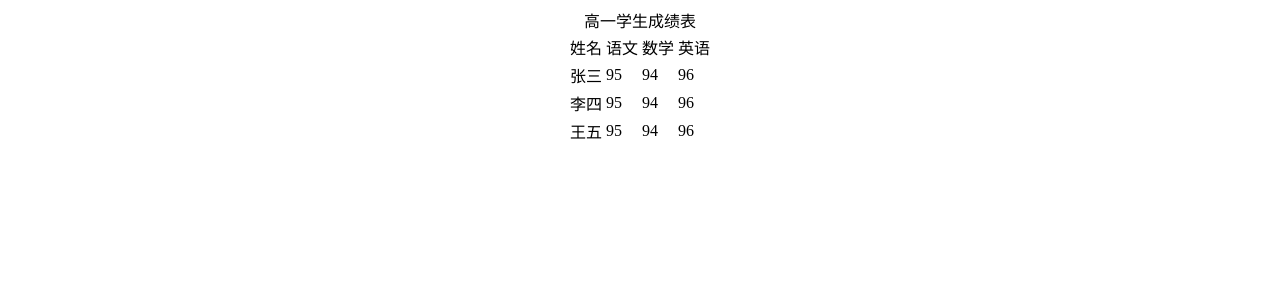
Repository: sheep9590/Test
Page: eclipse-workspace/Prj03/WebRoot/File1.html
These files come from the project's save history. The page is drawn as it stood at one moment and after the next save; the edit follows.
The browser window is 1280 px wide. The pictures show the whole page.

Above is the page before, as saved 2021-09-08 13:48:46.

### eclipse-workspace/Prj03/WebRoot/File1.html
<!DOCTYPE html>
<html>
<body>
<table align="center" "bgcolor="#0000FF" >
      <caption>高一学生成绩表</caption>
    <tr>
    <td>姓名</td>
    <td>语文</td>
    <td>数学</td>
    <td>英语</td>
    </tr>
    <tr>
    <td>张三</td>
    <td>95</td>
    <td>94</td>
    <td>96</td>
    </tr>
    <tr>
    <td>李四</td>
    <td>95</td>
    <td>94</td>
    <td>96</td>
    </tr>
    <tr>
    <td>王五</td>
    <td>95</td>
    <td>94</td>
    <td>96</td>
    </tr>
</table>
</body>
</html>

After the next save:
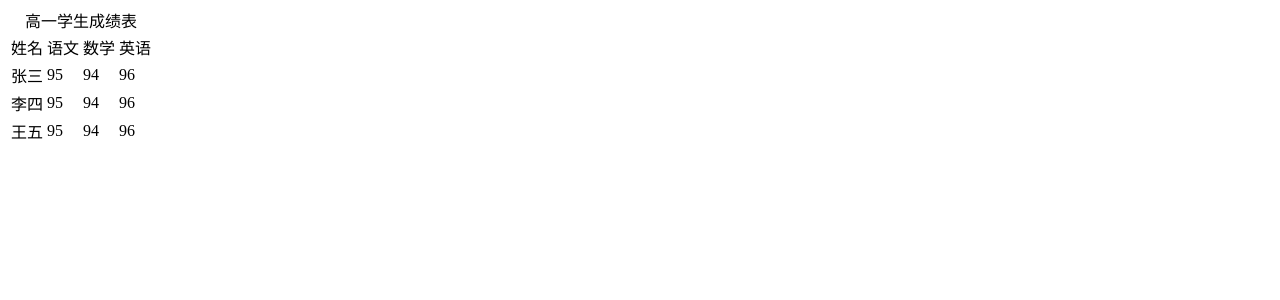
Saved 22 s later.
--- a/eclipse-workspace/Prj03/WebRoot/File1.html
+++ b/eclipse-workspace/Prj03/WebRoot/File1.html
@@ -1,7 +1,7 @@
 <!DOCTYPE html>
 <html>
 <body>
-<table align="center" "bgcolor="#0000FF" >
+<table  "bgcolor="#0000FF" >
       <caption>高一学生成绩表</caption>
     <tr>
     <td>姓名</td>
